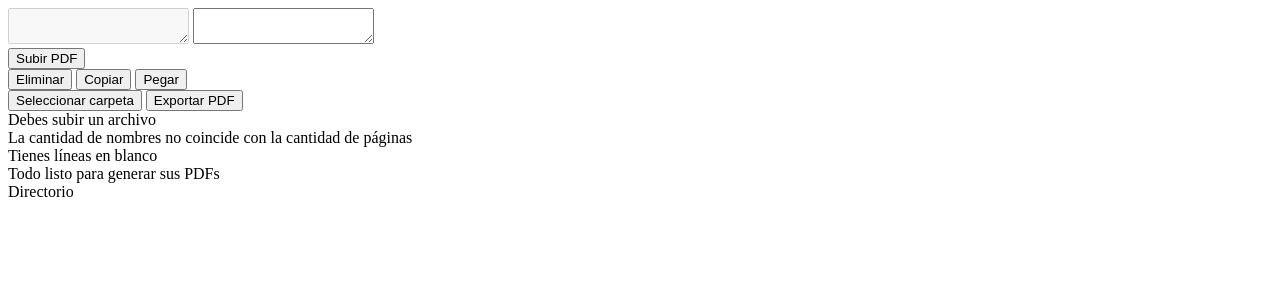
Repository: d3v0l0p3rs/pdf-spliteador
Page: src/index.html
An editor plug-in stored every save of this project. The page is shown before and after the next save, followed by the edit.
The browser window is 1280 px wide. The pictures show the whole page.

Above is the page before, as saved 2020-10-22 09:30:28.

After the next save:
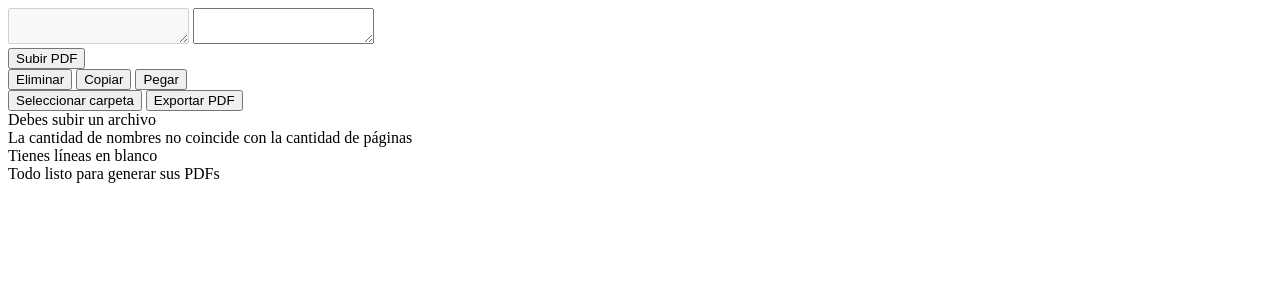
Saved 2 min 49 s later.
--- a/src/index.html
+++ b/src/index.html
@@ -38,10 +38,10 @@
         </div>
       </div>
     </div>
-    <div id="footer">
-      <div id="dir-info" class="alert alert-info" role="alert">
+    <!-- <div id="footer">
+      <div id="dir-info" class="alert alert-info hide" role="alert">
         Directorio
       </div>
-    </div>
+    </div> -->
   </body>
 </html>
